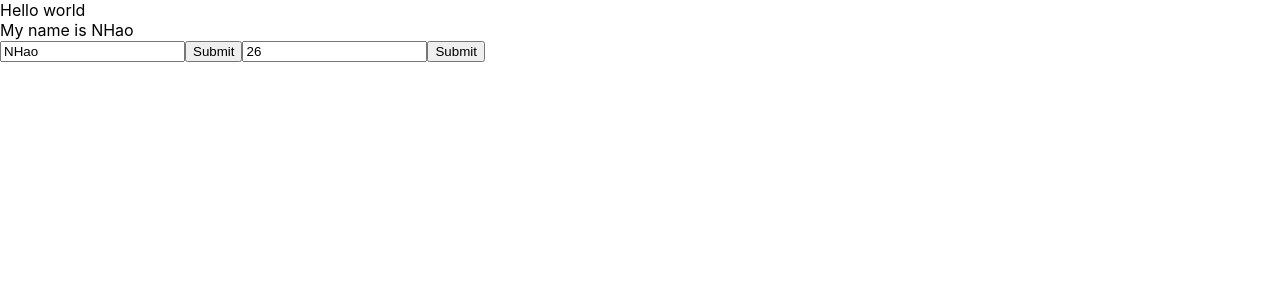
Repository: haonguyen09/reactProject
Page: /
An editor plug-in stored every save of this project. The page is shown before and after the next save, followed by the edit.
The browser window is 1280 px wide. The pictures show the whole page.
The project was rebuilt for these pictures with package versions that can differ from the ones it lists, and the page was loaded fresh each time.

Above is the page before, as saved 2023-07-31 23:26:53.

After the next save:
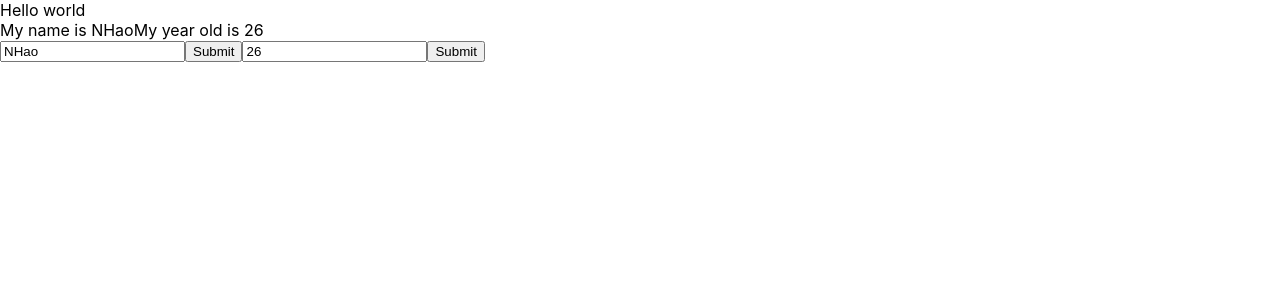
Saved 30 s later.
--- a/src/components/MyComponent.js
+++ b/src/components/MyComponent.js
@@ -36,6 +36,7 @@ class MyComponent extends React.Component {
         return (
             <div>
                 My name is {this.state.name}
+                My year old is {this.state.age}
                 <form onSubmit={(event) => this.handOnSubmit(event)}>
                     <input value= {this.state.name} type="text" onChange = {(event) => {this.handleChange(event)}} />
                     <button>Submit</button>
